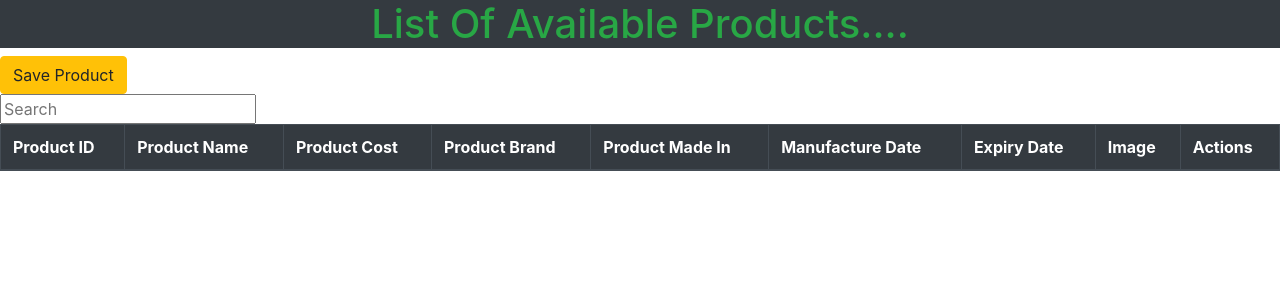
Repository: ananthaanusha/advjavaprograms
Page: http://localhost/ProductManagementApp/productList.jsp
These files come from the project's save history. The page is drawn as it stood at one moment and after the next save; the edit follows.
The browser window is 1280 px wide. The pictures show the whole page.
The page is served by Tomcat 9. Queries for data that is not in the repository find no rows.

Above is the page before, as saved 2024-03-10 14:40:28.

After the next save:
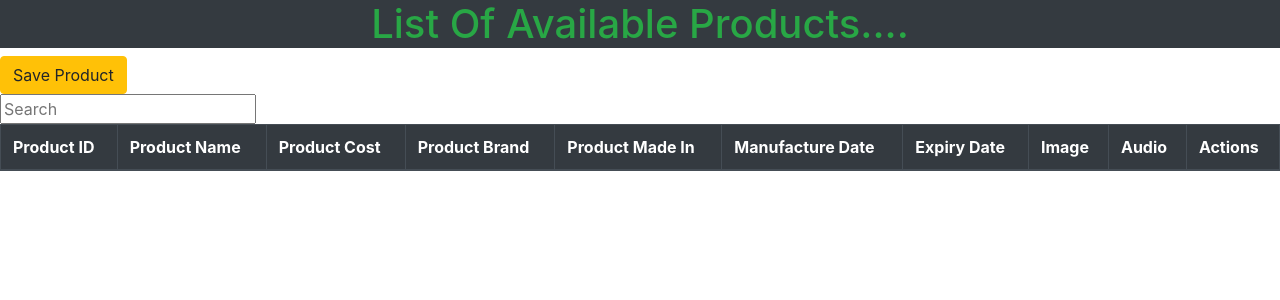
Saved 90 s later.
--- a/ProductManagementApp/src/main/webapp/productList.jsp
+++ b/ProductManagementApp/src/main/webapp/productList.jsp
@@ -46,6 +46,7 @@
 		    	<th>Manufacture Date</th>
 		    	<th>Expiry Date</th>
 		    	<th>Image</th>
+		    	<th>Audio</th>
 		    	<th>Actions</th>
 
 		    </tr>

After the 3 saves that followed:
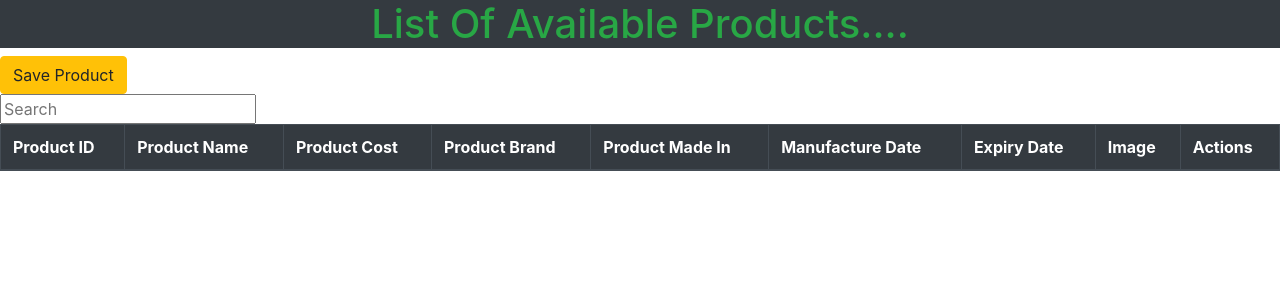
The 3 saves are shown as one change because 2 left the picture as it was.
The last was saved 8 min 51 s later.
--- a/ProductManagementApp/src/main/webapp/productList.jsp
+++ b/ProductManagementApp/src/main/webapp/productList.jsp
@@ -46,7 +46,6 @@
 		    	<th>Manufacture Date</th>
 		    	<th>Expiry Date</th>
 		    	<th>Image</th>
-		    	<th>Audio</th>
 		    	<th>Actions</th>
 
 		    </tr>
@@ -67,10 +66,10 @@
 		    		alt="Product Image" style="max-width:100px; max-height:100px;">
 		    		</td>
 
+
 		    		<td class="btn">
 		    			<a href="./EditProductServlet?proId=${product.proId}">Edit</a>
-		    		</td>
-		    		<td class="btn">
+
 		    			<a href="./DeleteProductServlet?proId=${product.proId}">Delete</a>
 		    		</td>
 		    </tr>
